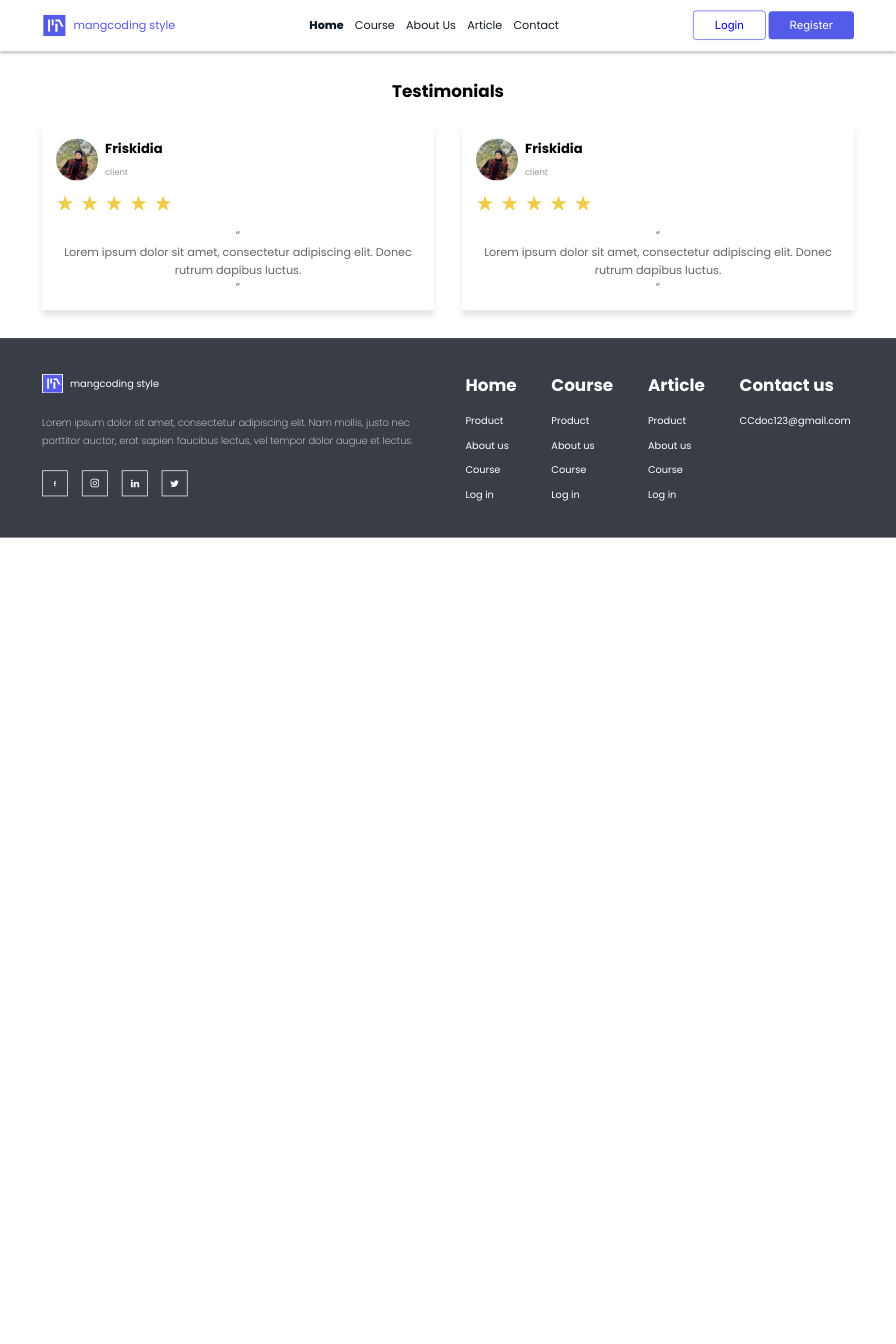
Repository: Dania-Alqam/landing-page
Page: index.html
These files come from the project's save history. The page is drawn as it stood at one moment and after the next save; the edit follows.
The browser window is 1280 px wide. The pictures show the part of the page from y = 0 to 1920 px (the page is 5000 px tall), at 70% of full size.

Above is the page before, as saved 2024-06-22 17:04:44.

After the next save:
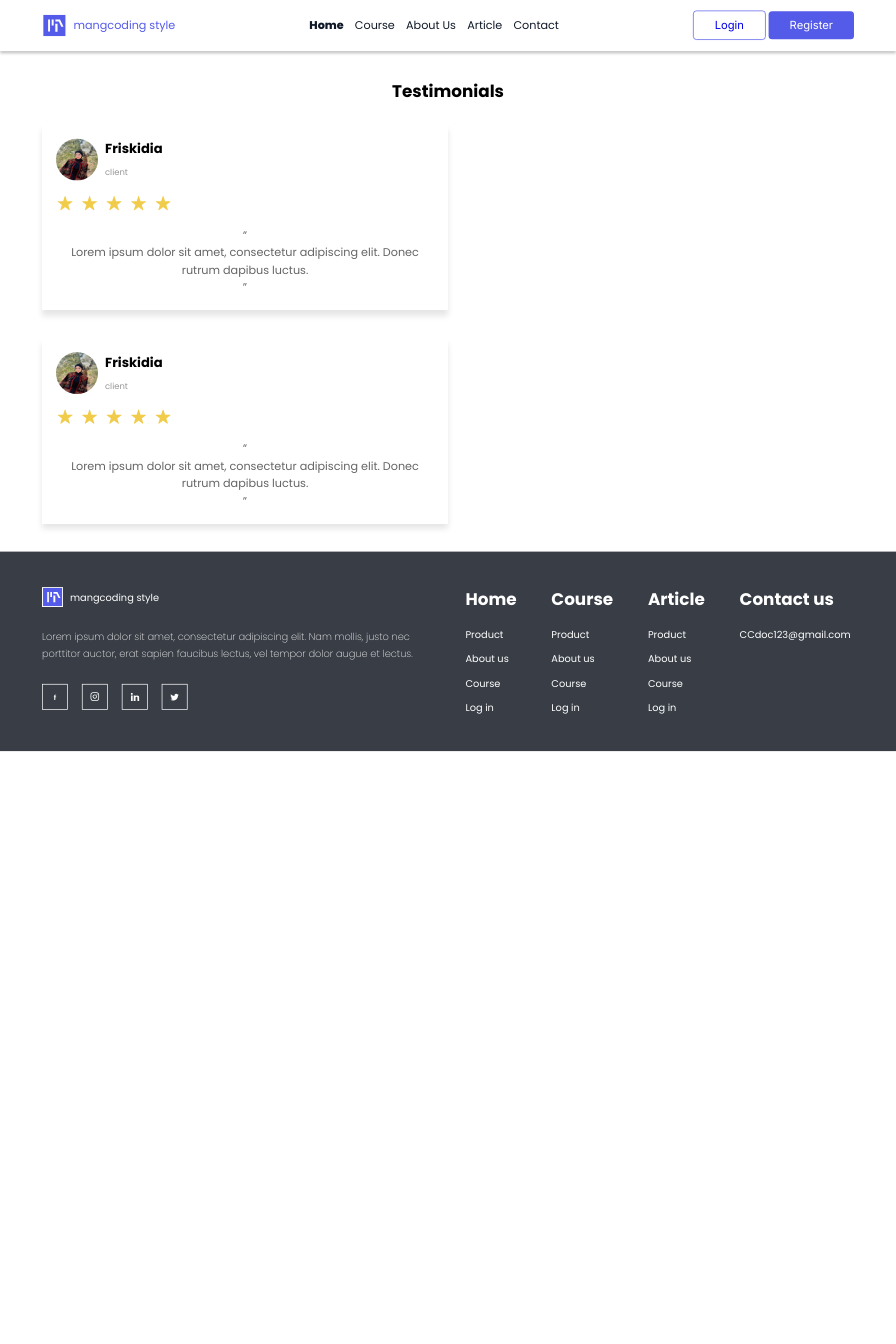
Saved 16 s later.
--- a/assests/css/main.css
+++ b/assests/css/main.css
@@ -76,7 +76,7 @@
   flex-direction: column;
   gap: 20px;
   align-items: flex-start;
-  width: calc((100% - 40px) / 2);
+  width: calc((100% - 0px) / 2);
   box-shadow: 0px 8.23719596862793px 8.23719596862793px rgba(0, 0, 0, 0.1);
   padding: 20px;
 

After the save that followed:
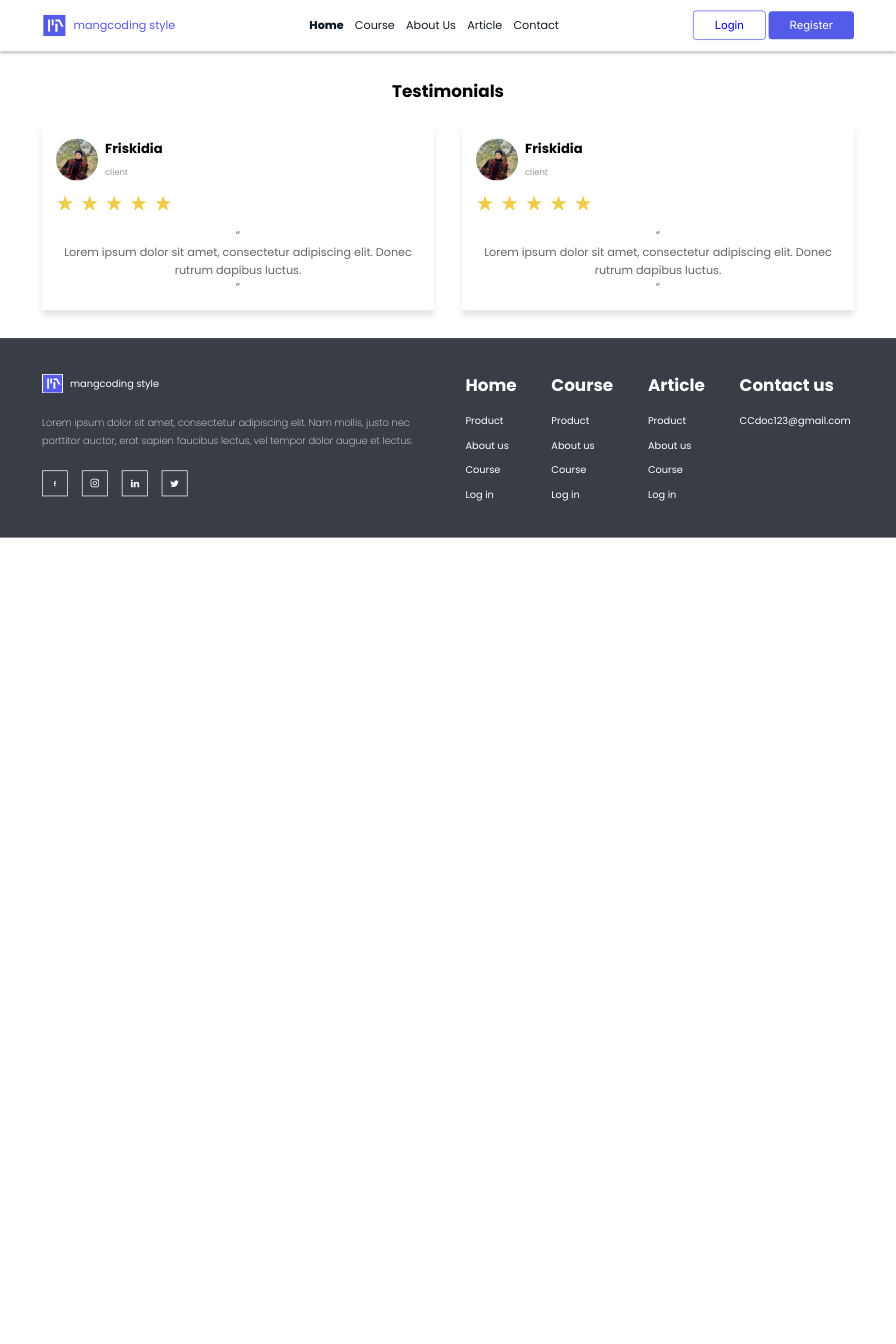
Saved 68 s later.
--- a/assests/css/main.css
+++ b/assests/css/main.css
@@ -76,7 +76,7 @@
   flex-direction: column;
   gap: 20px;
   align-items: flex-start;
-  width: calc((100% - 0px) / 2);
+  width: calc((100% - 40px) / 2);
   box-shadow: 0px 8.23719596862793px 8.23719596862793px rgba(0, 0, 0, 0.1);
   padding: 20px;
 
